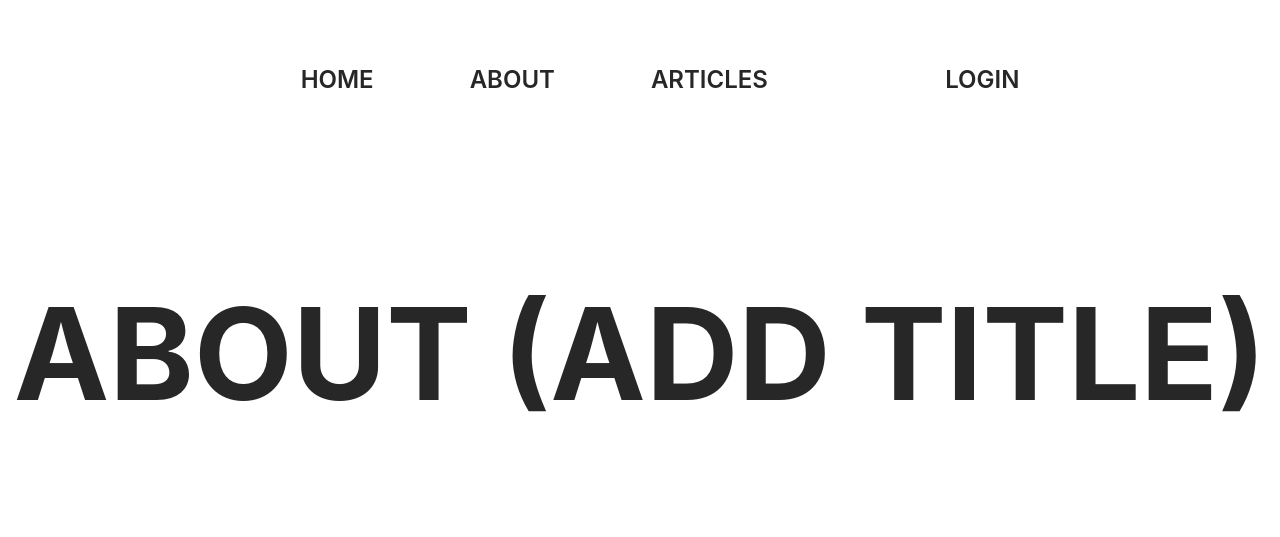
Repository: ValGrace/-static-site
Page: /about (app in client/)
An editor plug-in stored every save of this project. The page is shown before and after the next save, followed by the edit.
The browser window is 1280 px wide. The pictures show the whole page.
The project was rebuilt for these pictures with package versions that can differ from the ones it lists, and the page was loaded fresh each time. Also part of the build but not shown: client/vite.config.js, client/src/Utils/appwrite.js, client/src/Components/Inputs.css, client/src/Components/Login.jsx, client/src/Components/Signup.jsx, client/src/Components/HomeSection.jsx, client/src/Components/TopSection.jsx, client/src/Pages/HomePage.jsx.

Above is the page before, as saved 2023-02-05 14:03:47.

### client/src/main.jsx
import React from 'react'
import ReactDOM from 'react-dom/client'
import App from './App'
import './index.css'
import { BrowserRouter } from 'react-router-dom'
ReactDOM.createRoot(document.getElementById('root')).render(
  <React.StrictMode>
    <BrowserRouter>
    <App />
    </BrowserRouter>
  </React.StrictMode>,
)

### client/src/App.jsx
import PageRouter from './Routing/PageRouter'
import './App.css'

function App() {


  return (
    <div className="App">
      <PageRouter />
    </div>
  )
}

export default App

### client/src/index.css
:root {
  font-family: Inter, system-ui, Avenir, Helvetica, Arial, sans-serif;
  line-height: 1.5;
  font-weight: 400;

  color-scheme: light dark;
  color: rgba(7, 7, 7, 0.87);
  background-color: #ffffff;

  font-synthesis: none;
  text-rendering: optimizeLegibility;
  -webkit-font-smoothing: antialiased;
  -moz-osx-font-smoothing: grayscale;
  -webkit-text-size-adjust: 100%;
}

/* a {
  font-weight: 500;
  color: #646cff;
  text-decoration: inherit;
}
a:hover {
  color: #535bf2;
}

body {
  margin: 0;
  display: flex;
  place-items: center;
  min-width: 320px;
  min-height: 100vh;
}

h1 {
  font-size: 3.2em;
  line-height: 1.1;
}

button {
  border-radius: 8px;
  border: 1px solid transparent;
  padding: 0.6em 1.2em;
  font-size: 1em;
  font-weight: 500;
  font-family: inherit;
  background-color: #1a1a1a;
  cursor: pointer;
  transition: border-color 0.25s;
}
button:hover {
  border-color: #646cff;
}
button:focus,
button:focus-visible {
  outline: 4px auto -webkit-focus-ring-color;
}

@media (prefers-color-scheme: light) {
  :root {
    color: #213547;
    background-color: #ffffff;
  }
  a:hover {
    color: #747bff;
  }
  button {
    background-color: #f9f9f9;
  }
} */

### client/src/Routing/PageRouter.jsx
import Dashboard from "../Pages/Dashboard";
import HomePage from "../Pages/HomePage";
import { Routes, Route} from "react-router-dom"
import AboutPage from "../Pages/aboutPage";
const PageRouter = () => {
    return (
        <Routes>
            <Route path="/" element={<Dashboard />} />
            <Route path="/home" element={<HomePage />} />
            <Route path="/about" element={<AboutPage />} />

        </Routes>
    )
}

export default PageRouter

### client/src/App.css
.App {
  display: flex;
  flex-direction: column;
  justify-content: center;
  align-items: center;
}

### client/src/Pages/Dashboard.jsx
import React, { useReducer} from 'react'
import Login from '../Components/Login'
import Signup from '../Components/Signup'
import "../Components/Inputs.css"
const initialState = {page : <Login />}
function reducer(state, action) {
    switch(action.type) {
        case 'loginpage':
          return { page: <Login />}
        case 'signuppage':
            return { page: <Signup />}
        default:
            return { page: <h2>Loading....</h2>}
    }
}
const Dashboard = () => {
    const [state, dispatch] = useReducer(reducer, initialState)
    return (
        <div className='dashboard'>
         <h2>Static Site Generator</h2>
         <div>Static site Image</div>
         <div className='dash' id='dash'>
            <div className='toggleForms'>
                <button onClick={() => dispatch({type: 'loginpage'})} className="type-btn">Login</button>
                <button onClick={() => dispatch({type: 'signuppage'})} className="type-btn">Signup</button>
                </div>
            <React.Fragment>{state.page}</React.Fragment>

            <button id="auth-btns">Login with Github account</button>
            <button id="auth-btns">Login with Google account</button>
         </div>
       </div>
    )
}

export default Dashboard

### client/src/Pages/aboutPage.jsx
import Navbar from "../Components/Navbar"
import "../Components/InfoPage.css"
const AboutPage = () => {
   return (
    <>
    <Navbar />
    <h2 id="about-page">about (add title)</h2>
    </>
   )
}

export default AboutPage

### client/src/Components/Navbar.jsx
import "./Navbar.css"
const Navbar = () => {
    return (
        <nav>
            <ul>
                <li>home</li>
                <li>about</li>
                <li>articles</li>
            </ul>
            <ul>
                <li>Login</li>
            </ul>
        </nav>
    )
}

export default Navbar

### client/src/Components/InfoPage.css
#about-page {
    font-size: 8rem;
    text-transform: uppercase;
}

### client/src/Components/Navbar.css
nav {
    width: 70vw;
    height: 20vh;
    display: flex;
}

nav > ul{
  display: flex;
  flex-direction: row;
  text-transform: uppercase;
  list-style-type: none;
  justify-content: center;
  align-items: center;
  gap: 4em;
  font-weight: 600;
  font-size: 1.5rem;
  flex-grow: 1;
}

#top-text {
    width: 80vw;
}

#top-text > h2 {
    font-size: 4.5rem;
    text-transform: capitalize;
    margin: 0;
    /* float: left; */
}

#top-text > p {
    float: right;

}

.head-section {
    display: flex;
    width: 80vw;
    gap: 0.5em;
    flex-wrap: wrap;
}

.head-img {
    background-color: rgb(1, 51, 51);
    width: 50%;
    border-radius: 0.9em;
    height: 30vh;
}

.side-section {
    display: flex;
    flex-direction: row;
    gap: 0.3rem;
    width: 40%;
}

.side-img {
    background-color: black;
    width: 5rem;
    height: 4rem;
    border-radius: 50%;
}

.side-blogs > h4, .side-blogs > p {
    margin: 0;
}

.site-descr {
    width: 80vw;
    background-color: rgba(1, 1, 12, 0.979);
    color: rgba(255, 255, 255, 0.767);
    border-radius: 9px;
    margin-top: 0.9rem;
    display: flex;
    /* gap: 0.4rem; */
    padding: 0.4rem;
    height: 25vh;
    margin-bottom: 3em;
}

.site-descr > p {
    width: 75%;
}
.site-sep {
    width: 0.1rem;
    height: 90%;
    background-color: azure;
    margin-right: 0.7rem;
}


.value-section {
   width: 80vw;
    display: flex;
    gap: 0.3rem;
    flex-wrap: wrap;
}

.single-value {
    border: 0.9px solid rgba(0, 0, 0, 0.87);
    padding: 0.8em;
    width: 20rem;
}

Loaded but not shown: client/index.html (common file)

After the next save:
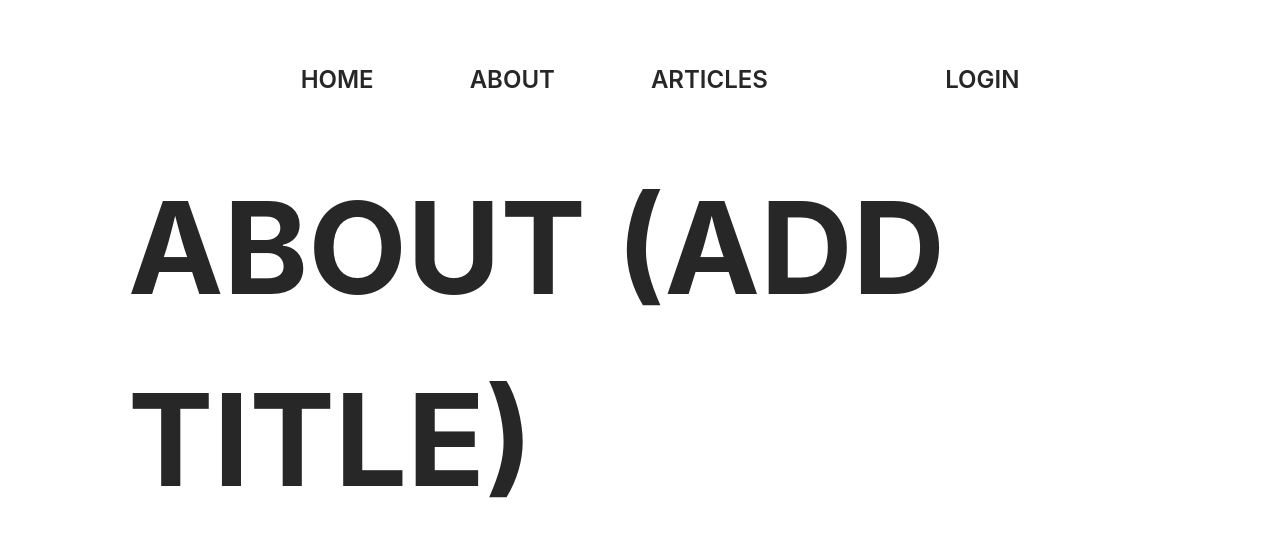
Saved 62 s later.
--- a/client/src/Components/InfoPage.css
+++ b/client/src/Components/InfoPage.css
@@ -1,4 +1,7 @@
 #about-page {
     font-size: 8rem;
     text-transform: uppercase;
+    margin: auto;
+    width: 80vw;
+    height: 70vh;
 }
